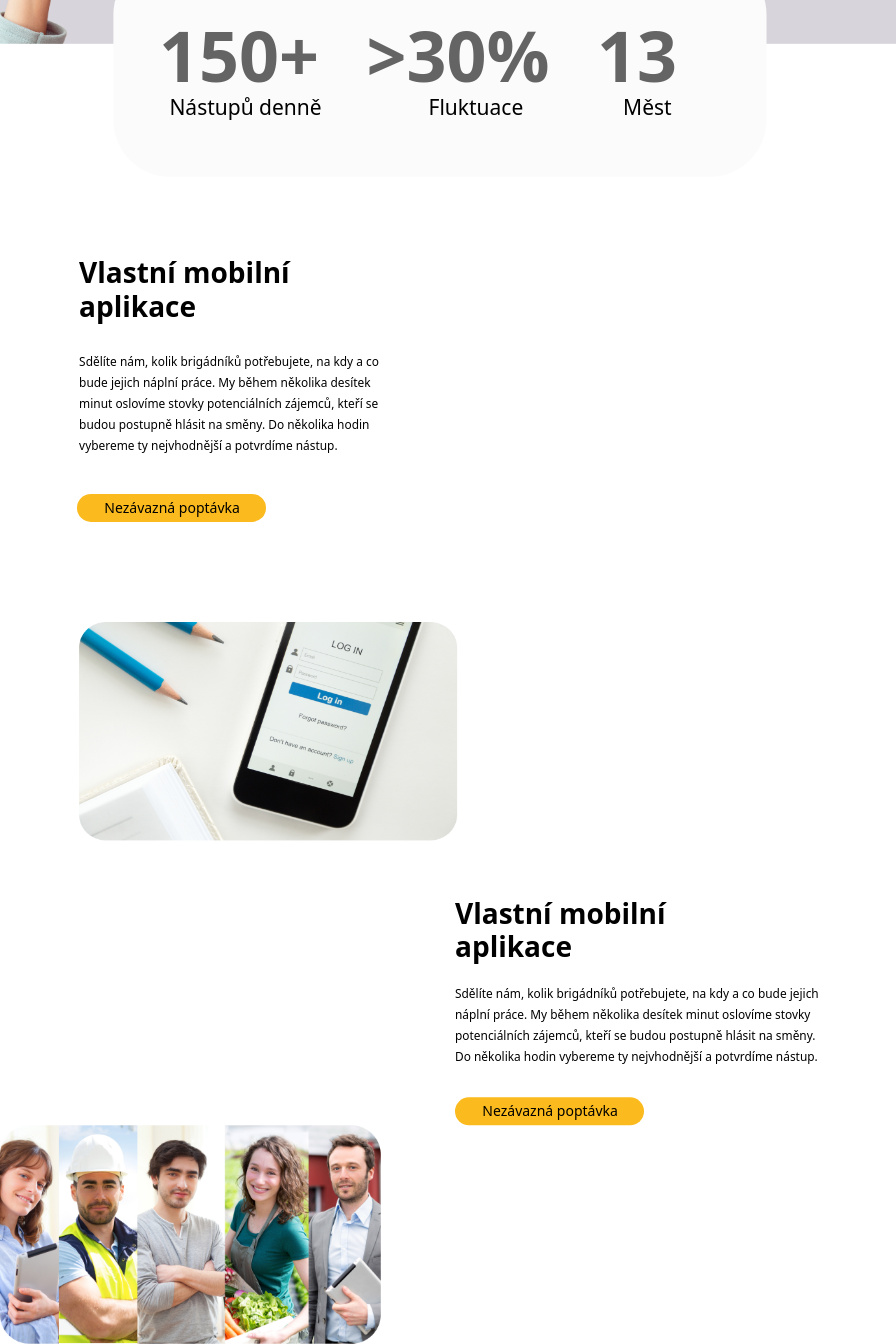
Repository: bilday08/aulinks
Page: index.html
These files come from the project's save history. The page is drawn as it stood at one moment and after the next save; the edit follows.
The browser window is 1280 px wide. The pictures show the part of the page from y = 991 to 2911 px (the page is 2911 px tall before and 2909 px after), at 70% of full size.
Some web fonts or font styles are not loaded; a fallback is used.

Above is the page before, as saved 2022-12-07 15:37:48.

### index.html
<!DOCTYPE html>
<html lang="en">
<head>
    <meta charset="UTF-8">
    <meta http-equiv="X-UA-Compatible" content="IE=edge">
    <meta name="viewport" content="width=device-width, initial-scale=1.0">
    <title>Aulinks</title>
    <link rel="stylesheet" href="./reset.css">
    <link rel="stylesheet" href="./style.css">
    <link
    rel="stylesheet"
    href="https://cdnjs.cloudflare.com/ajax/libs/font-awesome/6.2.0/css/all.min.css"
    integrity="sha512-xh6O/CkQoPOWDdYTDqeRdPCVd1SpvCA9XXcUnZS2FmJNp1coAFzvtCN9BmamE+4aHK8yyUHUSCcJHgXloTyT2A=="
    crossorigin="anonymous"
    referrerpolicy="no-referrer" />
    <link
    href="https://cdn.jsdelivr.net/npm/bootstrap@5.2.1/dist/css/bootstrap.min.css"
    rel="stylesheet"
    integrity="sha384-iYQeCzEYFbKjA/T2uDLTpkwGzCiq6soy8tYaI1GyVh/UjpbCx/TYkiZhlZB6+fzT"
    crossorigin="anonymous">
    <script
    src="https://cdn.jsdelivr.net/npm/bootstrap@5.2.1/dist/js/bootstrap.bundle.min.js"
    integrity="sha384-u1OknCvxWvY5kfmNBILK2hRnQC3Pr17a+RTT6rIHI7NnikvbZlHgTPOOmMi466C8"
    crossorigin="anonymous">
    </script>
    <link rel="preconnect" href="https://fonts.googleapis.com">
    <link rel="preconnect" href="https://fonts.gstatic.com" crossorigin>
    <link
    href="https://fonts.googleapis.com/css2?family=Inter+Tight:ital,wght@0,100;0,200;0,300;0,400;0,500;0,600;0,700;0,800;0,900;1,200;1,300;1,400;1,500;1,600;1,700;1,800;1,900&family=Inter:wght@100;200;300;400;500;600;700;800;900&display=swap"
    rel="stylesheet">
</head>
<body>
    <div class="wrapper">
        <header class="header">
            <div class="container_fluid_header">
                <div class="header__logo">
                    <img class="logo_images" src="./images/Header/logo.png" alt="logo"/>
                    <img class="logo_text" src="./images/Header/logotext.png" alt="logo"/>
                </div>
                <div class="header__contact">
                    <img class="contact_images" src="./images/Header/contact.png" alt="contact">
                </div>
                <div class="header__text">
                    <span class="text_name">Zavolejte nám:</span>
                    <span class="text_number">+420 607 205 862</span>
                </div>
                <div class="header__button">
                    <a href="#" class="button_name">Zavolejte nám:</a>
                </div>
                <div class="herder__button_white">
                    <a href="#" class="button_name_white">O nas</a>
                    <a href="#" class="button_name_white">Naši partneři</a>
                    <a href="#" class="button_name_white button_name_yellow">Služby</a>
                    <a href="#" class="button_name_white">Kontakty</a>
                </div>
            </div>
        </header>
    </div>
    <main>
        <div class="container_fluid_main">
            <div class="main__top_br">
                <img
                src="./images/Main/Rectangle 8 (9).png"
                alt="#" class="main_top_header"/>
                <h1 class="main_text">Pracovití brigádníci do druhého dne</h1>
                <p class="main_content">
                    Sdělíte nám, kolik brigádníků potřebujete,
                    na kdy a co bude jejich náplní práce. My během několika
                    desítek minut oslovíme stovky potenciálních zájemců, kteří
                    se budou postupně hlásit na směny. Do několika hodin vybereme
                    ty nejvhodnější a potvrdíme nástup.
                </p>
                <a href="#" class="main_button">Nezávazná poptávka</a>
            </div>
            <div class="main_center">
                <a href="#" class="center_button">
                    <div class="button__first">
                        <span class="button_number">150+</span>
                        <span class="button_number">>30%</span>
                        <span class="button_number">13</span>
                    </div>
                    <div class="button__second">
                        <span class="button_text">Nástupů denně</span>
                        <span class="button_text text_second">Fluktuace</span>
                        <span class="button_text text_thrid">Měst</span>
                    </div>
                </a>
            </div>
        </div>
        <section class="service">
            <div class="service_item">
                <div class="service_content">
                    <h2 class="main_text global_heading">Vlastní mobilní aplikace</h2>
                    <div class="main_content global_text">
                        Sdělíte nám, kolik brigádníků potřebujete, na kdy a co bude jejich náplní práce.
                        My během několika desítek minut oslovíme stovky potenciálních zájemců,
                        kteří se budou postupně hlásit na směny. Do několika hodin vybereme ty nejvhodnější
                        a potvrdíme nástup.
                    </div>
                    <a href="#" class="main_button global_button">Nezávazná poptávka</a>
                </div>
                <div class="service_images">
                    <img src="./images/Main/imgmain1.png" alt="#" class="service_images_right"/>
                </div>
            </div>
            <div class="service_item">
                <div class="service_content">
                    <h2 class="main_text">Vlastní mobilní aplikace</h2>
                    <div class="main_content">
                        Sdělíte nám, kolik brigádníků potřebujete, na kdy a co bude jejich náplní práce.
                        My během několika desítek minut oslovíme stovky potenciálních zájemců,
                        kteří se budou postupně hlásit na směny. Do několika hodin vybereme ty nejvhodnější
                        a potvrdíme nástup.
                    </div>
                    <a href="#" class="main_button">Nezávazná poptávka</a>
                </div>
                <div class="service_images">
                    <img src="./images/Main/imgmain2.png" alt="#" class="service_images_left"/>
                </div>
            </div>
        </section>
    </main>
</body>
</html>

### style.css
html{
    font-size: 62.5%;
    /* 1rem=10px; */
}
* {
    box-sizing: border-box;
}
body{
    font-family: 'Inter Tight', sans-serif;
}
.container_fluid_header{
    max-width: 100%;
    height: 36rem;
    background-image: url(./images/Header/Rectangle\ 8\ \(10\).png);
    background-repeat: no-repeat;
    background-size: auto;
}
/* .header__logo{
    margin-top: 6rem;
} */
.logo_images{
    margin-left: 11.4rem;
    margin-top: 2rem;
    width: 7.8rem;
    height: 7.1rem;
}
.logo_text{
    margin-top: 2rem;
}
.contact_images{
    margin-left: 40rem;
    margin-top: -7rem;
    width: 30.8rem;
    height: 8.1rem;
}
.header__text{
    margin-left: 80rem;
    margin-top: -8rem;
}
.text_name{
    display: block;
    width: 14.5rem;
    height: 3rem;
    font-family: 'Inter Tight';
    font-weight: 400;
    font-size: 20px;
    line-height: 24px;
    color: black;
}
.text_number{
    color: #FBBA1D;
    width: 18.5rem;
    height: 2.4rem;
    font-family: 'Inter Tight';
    font-style: normal;
    font-weight: 700;
    font-size: 20px;
    line-height: 24px;
}
.header__button{
    margin-left: 110rem;
    margin-top: -4rem;
}
.button_name{
    text-align: center;
    text-decoration: none;
    padding: 0.8rem 3.9rem;
    color: black;
    background-color: #FBBA1D;
    width: 22.3rem;
    height: 4.1rem;
    font-weight: 400;
    font-size: 20px;
    line-height: 24px;
    border-radius: 30px;
}
.herder__button_white{
    margin-top: 8rem;
    margin-left: 11.4rem;
}
.button_name_white{
    text-decoration: none;
    text-align: center;
    color: black;
    background-color: white;
    padding: 0.7rem 3.5rem;
    width: 19rem;
    height: 4rem;
    font-weight: 400;
    font-size: 20px;
    line-height: 24px;
    border-radius: 30px;
    border: 1px solid #000000;
    margin-left: 2rem;
}
.button_name_yellow{
    background-color: #FBBA1D;
}
.main_top_header{
    max-width: 100%;
    object-fit: contain;
    margin-left: 0;
}
.container_fluid_main{
    max-width: 100%;
    height: 79.4rem;
    background-image: url(./images/Main/brmain.png);
    object-fit: cover;
    margin-top: -10em;
}
.main_text{
    width: 42.7rem;
    height: 9.6rem;
    font-weight: 600;
    font-size: 40px;
    line-height: 48px;
    color: #000000;
    margin-left: 65rem;
    margin-top: 8rem;
}
.main_content{
    width: 53.5rem;
    height: 12rem;
    font-weight: 400;
    font-size: 17px;
    line-height: 30px;
    color: #000000;
    margin-top: 2.8rem;
    margin-left: 65rem;
}
.main_button{
    text-decoration: none;
    text-align: center;
    display: block;
    padding: 8px 39px;
    color: black;
    background-color: #FBBA1D;
    width: 27rem;
    height: 4rem;
    font-weight: 400;
    font-size: 20px;
    line-height: 24px;
    border-radius: 30px;
    margin-top: 4.3rem;
    margin-left: 65rem;
    white-space: nowrap;
}
.center_button{
    text-decoration: none;
    max-width: 109rem;
    height: 31.3rem;
    background-color:#FBFBFB;
    border-radius: 81px;
    display: block;
    margin-top: 16.5rem;
    margin-left: 16.2rem;
    margin-right: 18.5rem;
    padding-top: 7.8rem;
}
.button_number{
    display: inline-block;
    font-weight: 600;
    font-size: 100px;
    line-height: 121px;
    color: #646464;
    margin-left: 6.5rem;
}
.button__first .button__second{
    display: inline;
}
.button_text{
    width: 24rem;
    height: 3.3rem;
    display: inline;
    font-weight: 400;
    font-size: 30px;
    line-height: 30px;
    color: #000000;
    margin-left: 8rem;
}
.text_second{
    margin-left: 15rem;
}
.text_thrid{
    margin-left: 14rem;
}
.global_heading{
    max-width: 41.8rem;
    height: 95px;
    margin-top: 30.3rem;
    margin-left: 11.3rem;
}
.global_text{
    max-width: 43.2rem;
    height: 18.9rem;
    margin-left: 11.3rem;
    margin-top: 4.1rem;
}
.global_button{
    margin-left: 11rem;
    margin-top: 1.5rem;
}
.service_images_right{
    width: 58.3rem;
    height: 36rem;
    display: block;
    margin-top: -35rem;
    margin-left: 60rem;
}
.service_images_right{
    width: 54rem;
    height: 312px;
    display: block;
    margin-top: 143px;
    margin-left: 113px;
}

Loaded but not shown: reset.css (common file)

After the next save:
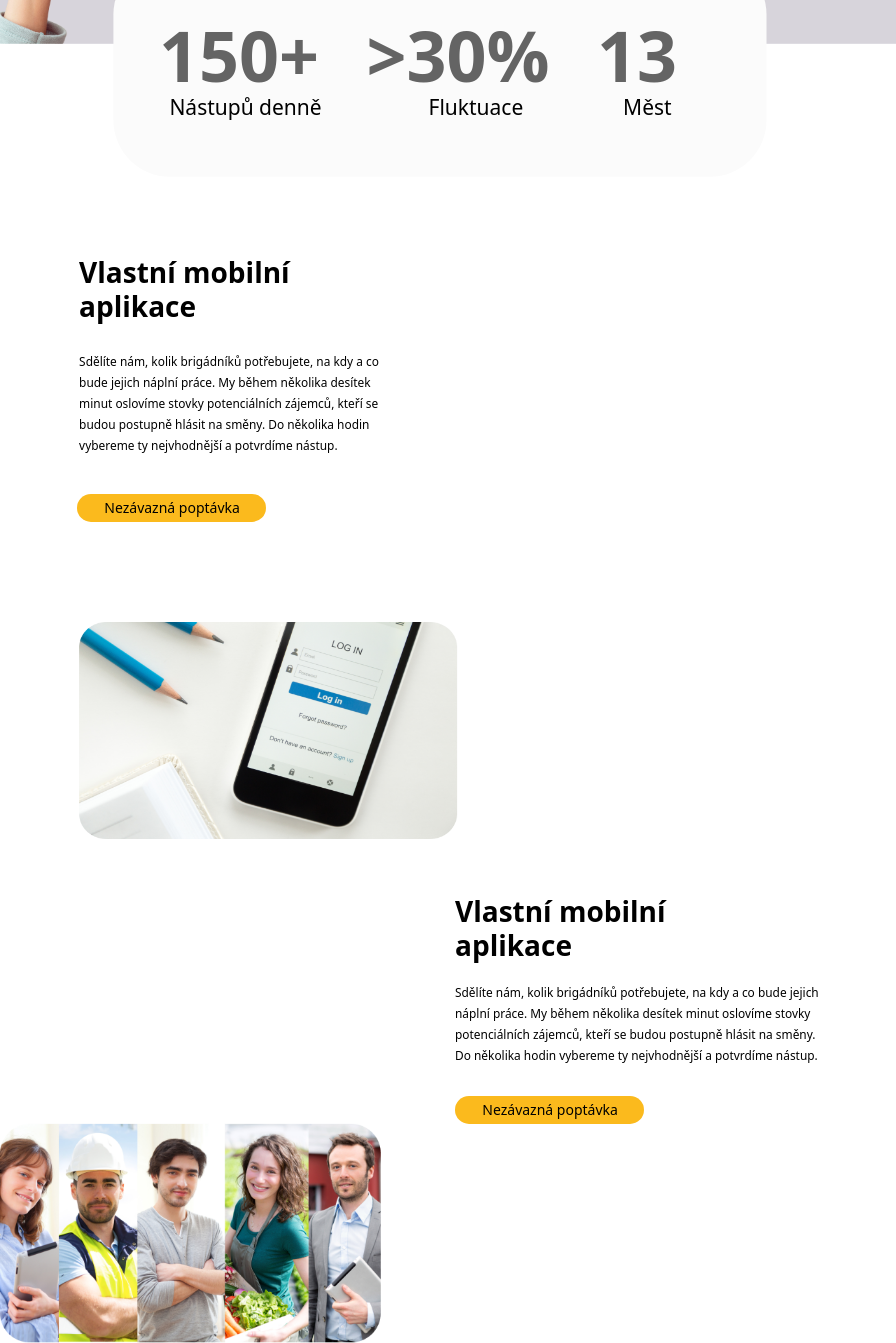
Saved 7 s later.
--- a/style.css
+++ b/style.css
@@ -209,7 +209,7 @@
 }
 .service_images_right{
     width: 54rem;
-    height: 312px;
+    height: 31rem;
     display: block;
     margin-top: 143px;
     margin-left: 113px;
